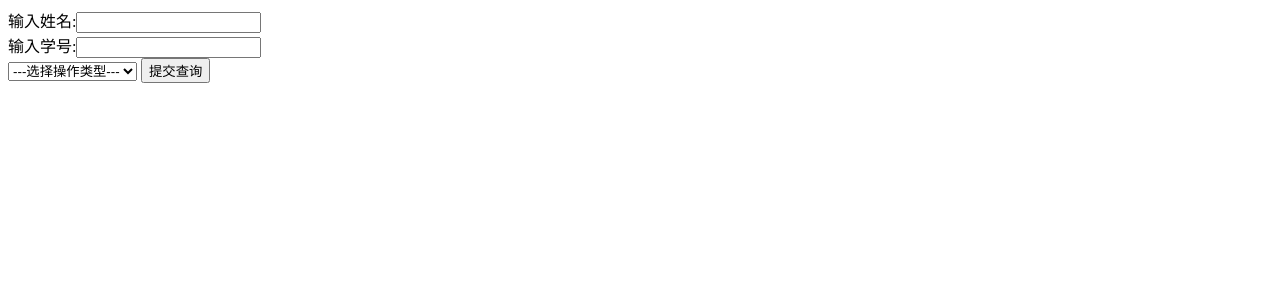
Repository: Matty-GCU/MyEclipse
Page: Java_Web_Learning/WebRoot/chapter06_JSP&JDBC/homework/stu_info_mng_sys.html
These files come from the project's save history. The page is drawn as it stood at one moment and after the next save; the edit follows.
The browser window is 1280 px wide. The pictures show the whole page.

Above is the page before, as saved 2021-10-16 08:34:44.

### Java_Web_Learning/WebRoot/chapter06_JSP&JDBC/homework/stu_info_mng_sys.html
<!DOCTYPE html>
<html>
	<head>
		<meta charset="UTF-8">
		<title>20211014(ddl)Java Web作业（第6章）</title>
	</head>
	<body>
		<form action="execute_sql.jsp">
			输入姓名:<input name="name" type="text"><br>
			输入学号:<input name="id" type="text"><br>
			<select name="select">
				<option>---选择操作类型---</option>
				<option value="增加">增加(Create)</option>
				<option value="查询">查询(Retrieve)</option>
				<option value="修改">修改(Update)</option>
				<option value="删除">删除(Delete)</option>
			</select>
			<input type="submit" value="提交查询">
		</form>
	</body>
</html>

After the next save:
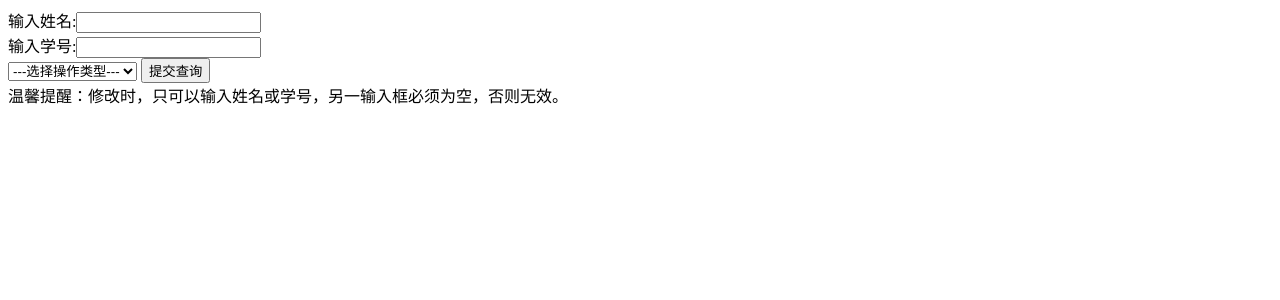
Saved 3 min 2 s later.
--- a/Java_Web_Learning/WebRoot/chapter06_JSP&JDBC/homework/stu_info_mng_sys.html
+++ b/Java_Web_Learning/WebRoot/chapter06_JSP&JDBC/homework/stu_info_mng_sys.html
@@ -17,5 +17,6 @@
 			</select>
 			<input type="submit" value="提交查询">
 		</form>
+		温馨提醒：修改时，只可以输入姓名或学号，另一输入框必须为空，否则无效。
 	</body>
 </html>
